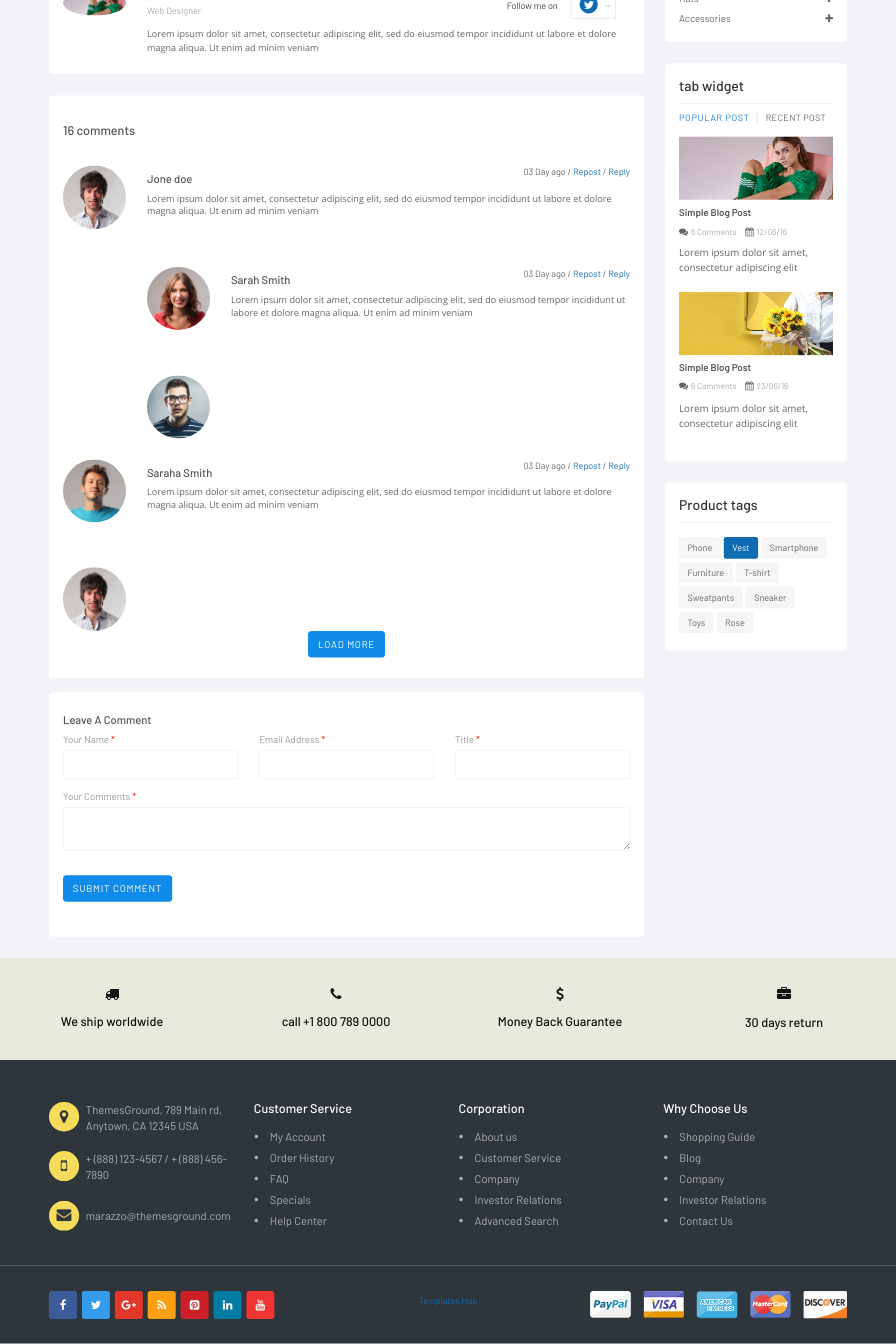
Repository: ztarikul/Laravel_e_commerce
Page: resources/views/posts/blog_details.blade.php
An editor plug-in stored every save of this project. The page is shown before and after the next save, followed by the edit.
The browser window is 1280 px wide. The pictures show the part of the page from y = 835 to 2755 px (the page is 2755 px tall before and 2601 px after), at 70% of full size.
The page is served by the project's Laravel application, run on PHP 8.4 with Laravel 8. The template is opened directly, without the code that normally fills it, so the values that code supplies are empty.

Above is the page before, as saved 2021-07-30 01:29:27.

After the next save:
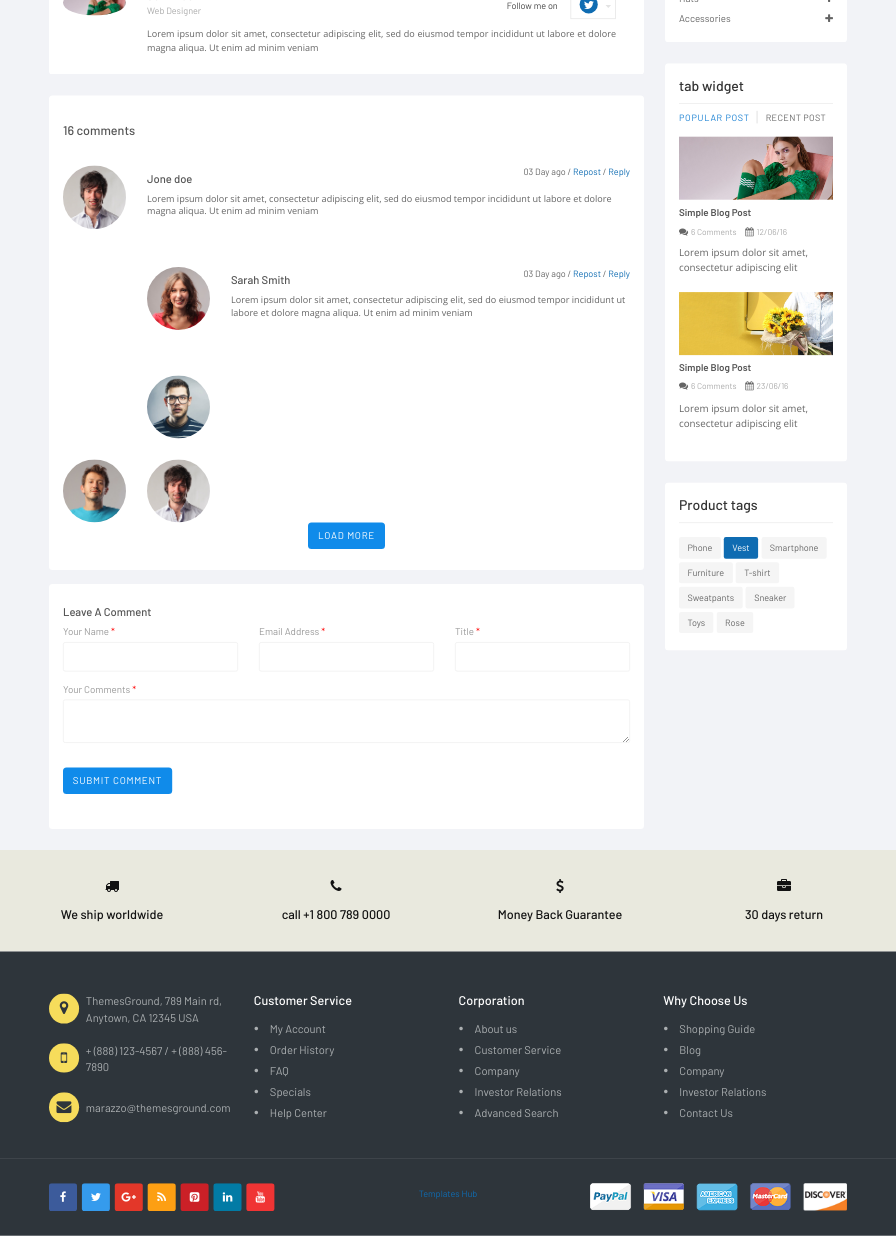
Saved 24 s later.
--- a/e_com/resources/views/posts/blog_details.blade.php
+++ b/e_com/resources/views/posts/blog_details.blade.php
@@ -103,17 +103,7 @@
 		<div class="col-md-2 col-sm-2">
 			<img src="assets/images/testimonials/member4.png" alt="Responsive image" class="img-rounded img-responsive">
 		</div>
-		<div class="col-md-10 col-sm-10">
-			<div class="blog-comments inner-bottom-xs outer-bottom-xs">
-				<h4>Saraha Smith</h4>
-				<span class="review-action pull-right">
-					03 Day ago &sol;
-					<a href="#"> Repost</a> &sol;
-					<a href="#"> Reply</a>
-				</span>
-				<p>Lorem ipsum dolor sit amet, consectetur adipiscing elit, sed do eiusmod tempor incididunt ut labore et dolore magna aliqua. Ut enim ad minim veniam</p>
-			</div>
-		</div>
+
 		<div class="col-md-2 col-sm-2">
 			<img src="assets/images/testimonials/member1.png" alt="Responsive image" class="img-rounded img-responsive">
 		</div>
